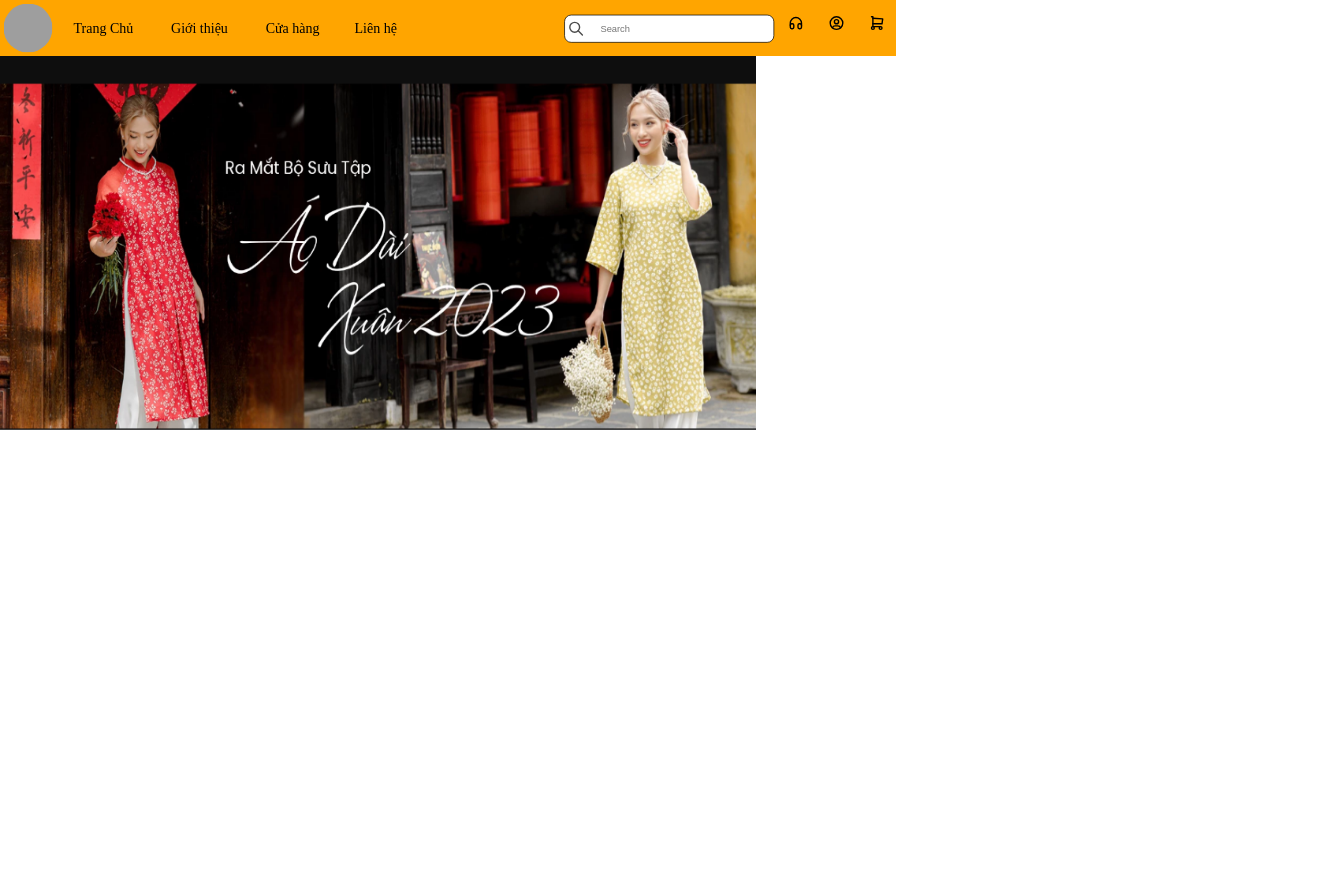
Repository: manhhieu120499/test-page
Page: index.html
The author's editor kept a copy of each file at every save. The page is drawn from the files as they stood at one save, then again after the next save.
The browser window is 1280 px wide. The page is 1280 px wide, then 1917 px, so the pictures cover 1917 px, including what lies to the right of the window. The pictures show the part of the page from y = 0 to 1280 px (the page is 2596 px tall), at 70% of full size.
Pictures or frames that could not be fetched are drawn as grey boxes.

Above is the page before, as saved 2023-01-11 23:33:36.

After the next save:
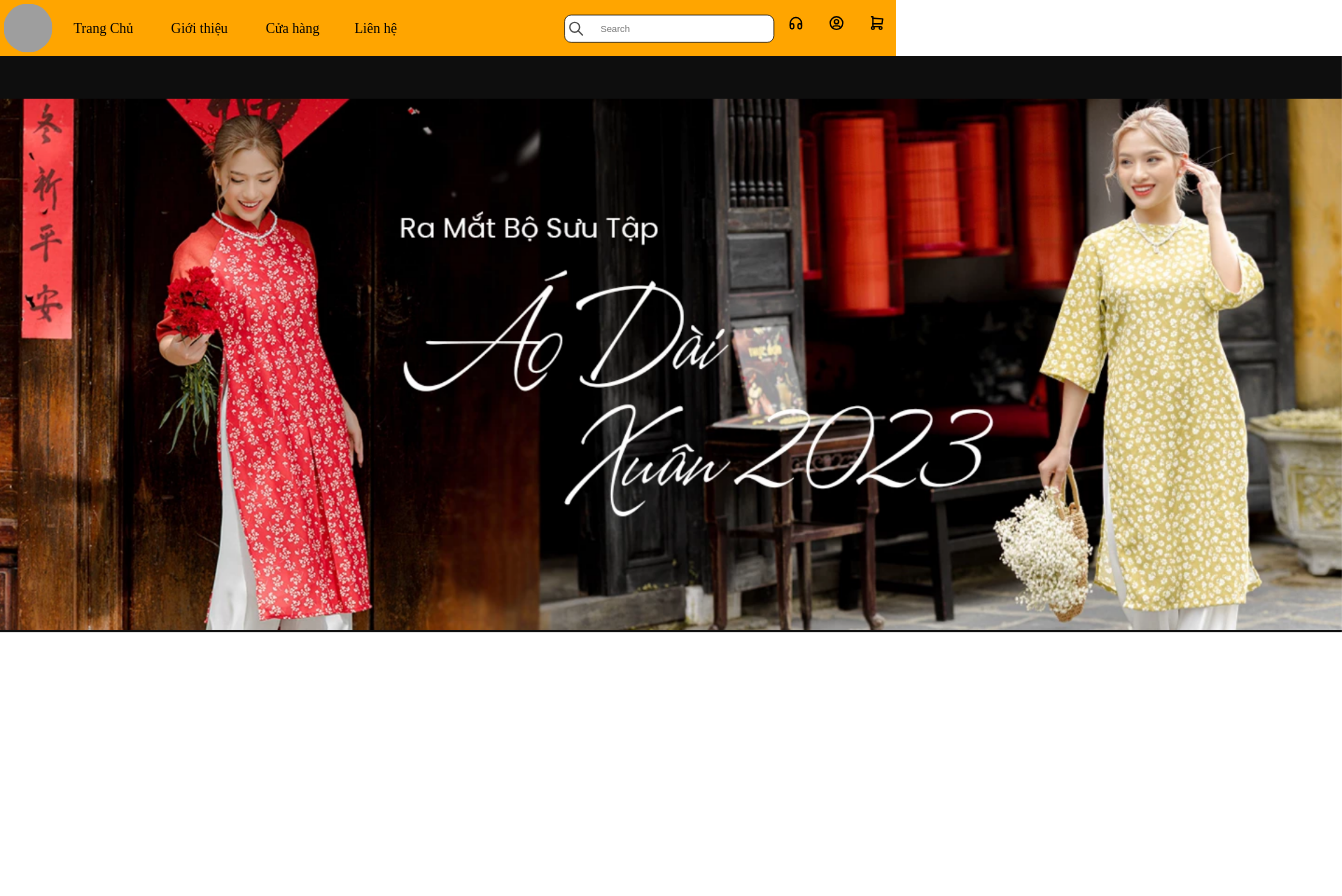
Saved 8 s later.
--- a/style.css
+++ b/style.css
@@ -63,8 +63,8 @@ body {
     height: 2596px;
 }
 
-.shop-picture img {
+/* .shop-picture img {
     display: block;
     width: 1080px;
     height: 534px;
-}
+} */
